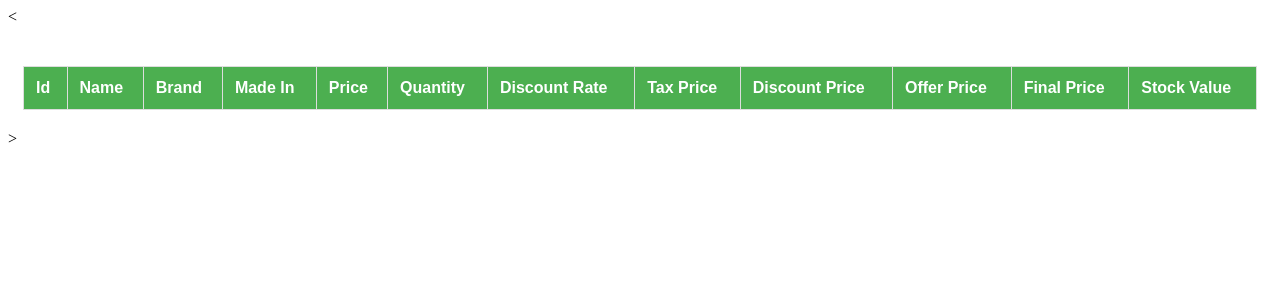
Repository: abhishekgavle/spring-repository
Page: http://localhost/product-list
These files come from the project's save history. The page is drawn as it stood at one moment and after the next save; the edit follows.
The browser window is 1280 px wide. The pictures show the whole page.
The page is this project's Thymeleaf template; nobody is signed in. The template is opened directly, without the code that normally fills it, so the values that code supplies are empty.

Above is the page before, as saved 2024-12-20 09:35:54.

### SpringBootMVC/src/main/resources/templates/product-list.html
<<!DOCTYPE html>
<html lang="en">
<head>
    <meta charset="UTF-8">
    <meta name="viewport" content="width=device-width, initial-scale=1.0">
    <title>Product Table</title>
    <style>
        /* Table Styles */
        table {
            width: 100%;
            border-collapse: collapse;
            margin: 20px 0;
            font-family: Arial, sans-serif;
        }

        th, td {
            padding: 12px;
            text-align: left;
            border: 1px solid #ddd;
        }

        th {
            background-color: #4CAF50;
            color: white;
        }

        tr:nth-child(even) {
            background-color: #f2f2f2;
        }

        tr:hover {
            background-color: #ddd;
        }

        /* Optional: Style for the table container */
        .table-container {
            overflow-x: auto;
            margin: 0 15px;
        }

        /* Make table responsive */
        @media (max-width: 768px) {
            table {
                font-size: 14px;
            }
        }
    </style>
</head>
<body>

    <div class="table-container">
        <table>
			<table>
			    <thead>
			        <tr>
			            <th>Id</th>
			            <th>Name</th>
			            <th>Brand</th>
			            <th>Made In</th>
			            <th>Price</th>
			            <th>Quantity</th>
			            <th>Discount Rate</th>
			            <th>Tax Price</th>
			            <th>Discount Price</th>
			            <th>Offer Price</th>
			            <th>Final Price</th>
			            <th>Stock Value</th>
			        </tr>
			    </thead>
			    <tbody>
			        <tr th:each="product : ${products}">
			            <td th:text="${product.id}"></td>
			            <td th:text="${product.name}"></td>
			            <td th:text="${product.brand}"></td>
			            <td th:text="${product.madeIn}"></td>
			            <td th:text="${product.price}"></td>
			            <td th:text="${product.quantity}"></td>
			            <td th:text="${product.discountRate}"></td>
			            <td th:text="${product.taxPrice}"></td>
			            <td th:text="${product.discoutPrice}"></td>
			            <td th:text="${product.offerPrice}"></td>
			            <td th:text="${product.finalPrice}"></td>
			            <td th:text="${product.stockValue}"></td>
			        </tr>
			    </tbody>
			</table>

    </div>

</body>
</html>>

After the next save:
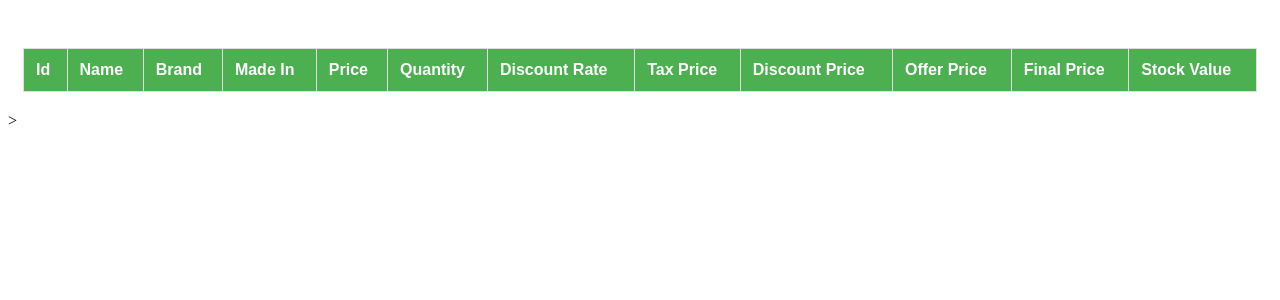
Saved 20 s later.
--- a/SpringBootMVC/src/main/resources/templates/product-list.html
+++ b/SpringBootMVC/src/main/resources/templates/product-list.html
@@ -1,4 +1,4 @@
-<<!DOCTYPE html>
+<!DOCTYPE html>
 <html lang="en">
 <head>
     <meta charset="UTF-8">
